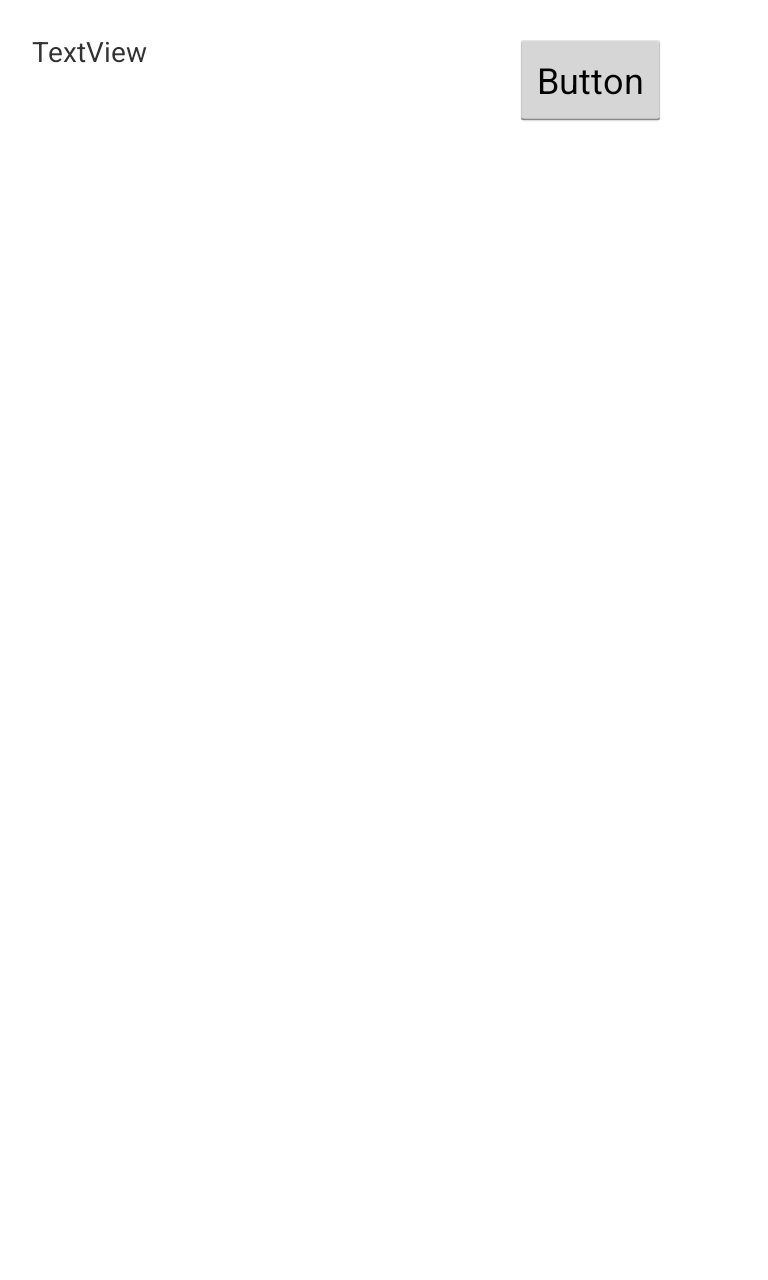
Repository: milosz90/pracaMagisterska
Layout: magisterka/res/layout/activity_inventory.xml
An editor plug-in stored every save of this project. The layout is shown before and after the next save, followed by the edit.
It is drawn on a 768 x 1280 px phone screen (xhdpi) without system bars, with theme AppTheme; the app's code is not run.

Above is the layout before, as saved 2015-05-08 15:42:32.

After the next save:
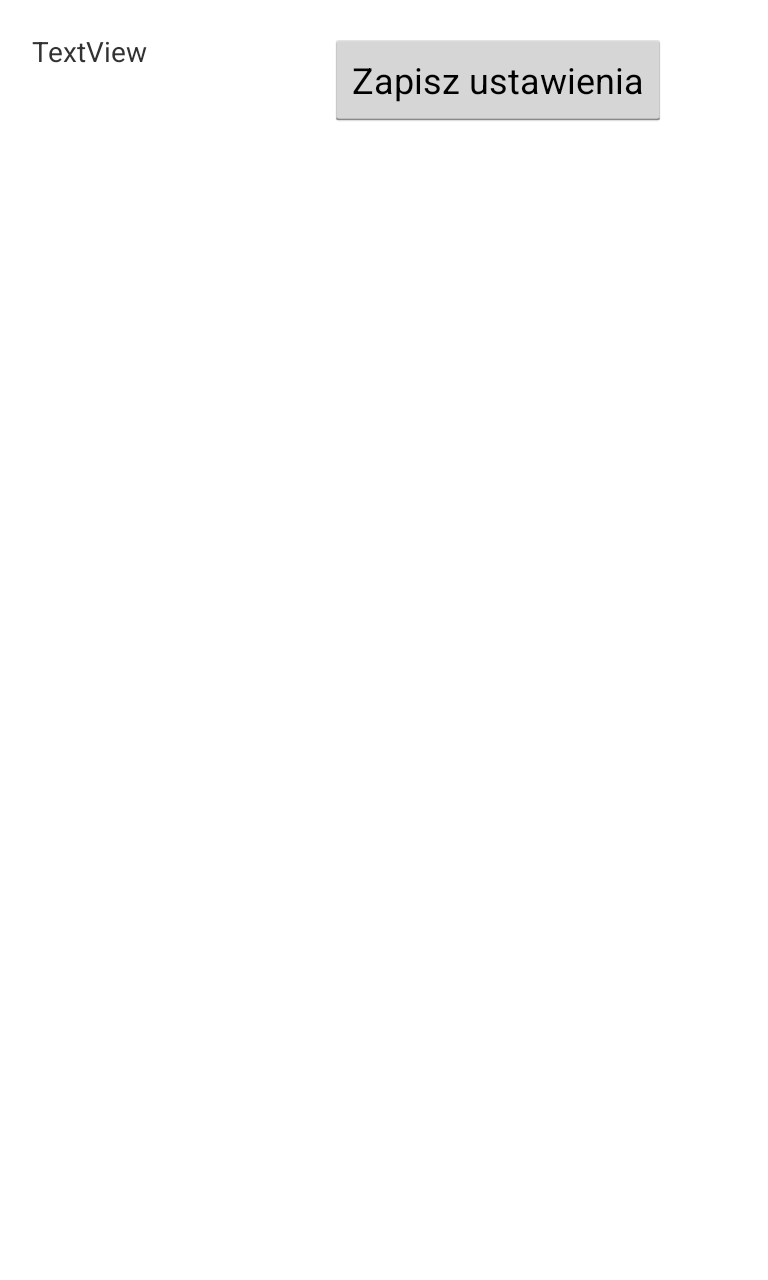
Saved 11 s later.
--- a/magisterka/res/layout/activity_inventory.xml
+++ b/magisterka/res/layout/activity_inventory.xml
@@ -25,7 +25,6 @@
         android:layout_alignTop="@+id/txtItemDescription"
         android:layout_marginRight="34dp"
         android:onClick="btnSave"
-        android:text="Zapisz ustawienia"
-        android:text="Button" />
+        android:text="Zapisz ustawienia" />
 
 </RelativeLayout>
